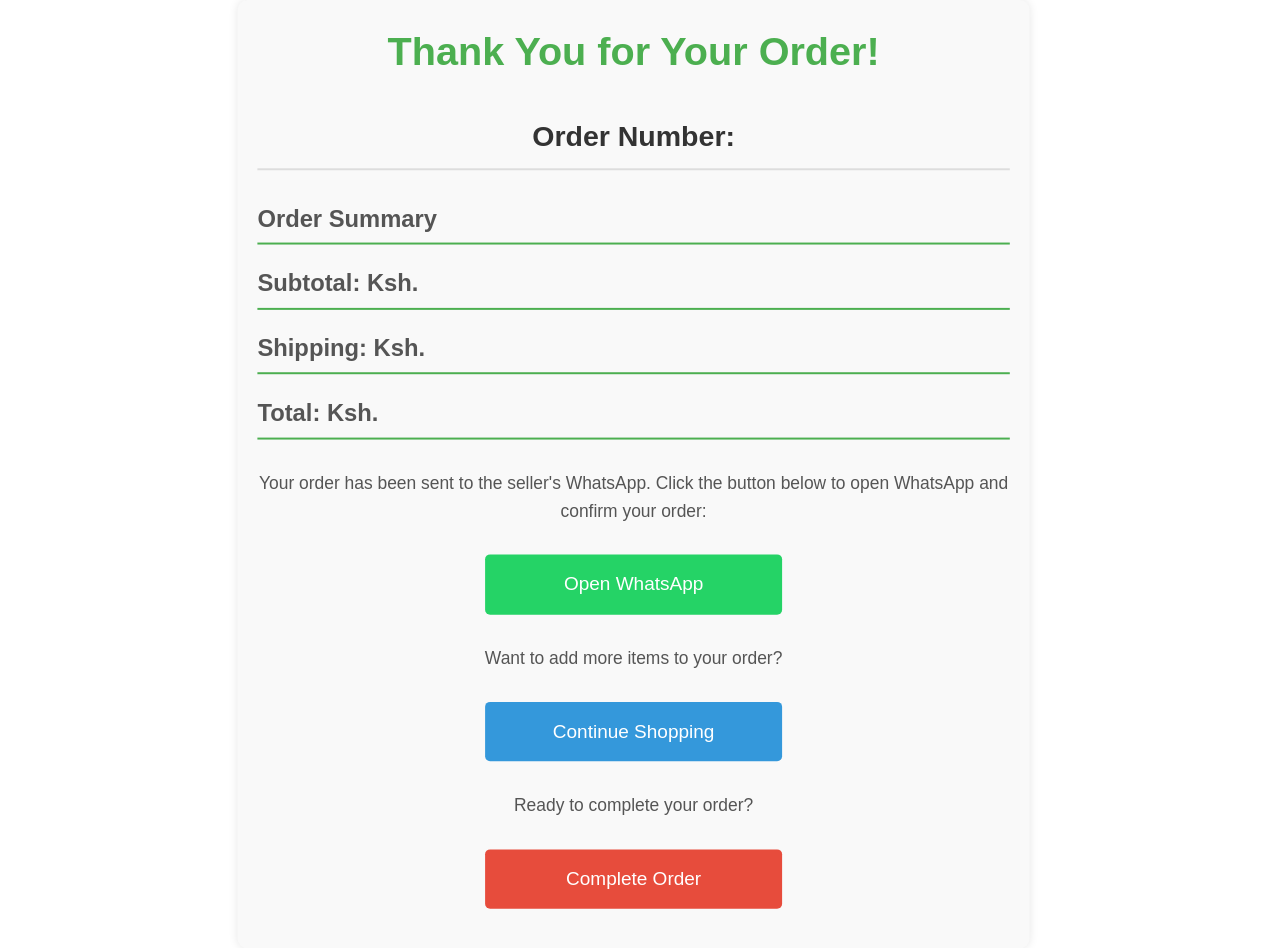
Repository: mrPractise/Elma-Shop
Page: templates/thankyou.html
The author's editor kept a copy of each file at every save. The page is drawn from the files as they stood at one save, then again after the next save.
The browser window is 1280 px wide. The pictures show the whole page, at 99% of full size.
Some web fonts or font styles are not loaded; a fallback is used. The page is served by the project's application, run on Django 5.2 (manage.py). Other server files are loaded and not shown. The template is opened directly, without the code that normally fills it, so the values that code supplies are empty.

Above is the page before, as saved 2024-09-28 12:31:14.

### Shop/templatetags/cart_tags.py
from django import template
from Shop.models import Cart, CartItem

register = template.Library()

@register.filter
def cart_item_count(session):
    cart_id = session.get('cart_id')
    if cart_id:
        return CartItem.objects.filter(cart_id=cart_id).count()
    return 0

### Shop/templatetags/category_tags.py


from django import template
from django.urls import reverse

register = template.Library()

@register.simple_tag
def category_url(category):
    url_names = {
        'beauty-products': 'beauty-products',
        'dresses': 'dresses',
        'jewelry': 'jewelry',
        'home-decor': 'home-decor'
    }
    url_name = url_names.get(category.slug, 'category_detail')
    return reverse(url_name, kwargs={'category_slug': category.slug})

### templates/thankyou.html
{% load static %}
{% load humanize %}

<link rel="stylesheet" href="{% static 'css/styles.css' %}">

<div class="thankyou-container">
    <h1>Thank You for Your Order!</h1>
    <h2>Order Number: {{ order.order_number }}</h2>

    <h3>Order Summary</h3>
    {% for item in order.items %}
        <div class="thankyou-order-item">
            <p>{{ item.product.name }}</p>
            <p>Quantity: {{ item.quantity }}</p>
            <p>Price: Ksh.{{ item.price|intcomma }}</p>
        </div>
    {% endfor %}

    <h3 class="thankyou-total">Subtotal: Ksh.{{ order.subtotal|intcomma }}</h3>
    <h3 class="thankyou-total">Shipping: Ksh.{{ order.shipping_cost|intcomma }}</h3>
    <h3 class="thankyou-total">Total: Ksh.{{ order.total_amount|intcomma }}</h3>

    <p class="thankyou-message">Your order has been sent to the seller's WhatsApp. Click the button below to open WhatsApp and confirm your order:</p>
    <a href="{{ whatsapp_url }}" class="thankyou-button thankyou-whatsapp-button">Open WhatsApp</a>

    <p class="thankyou-message">Want to add more items to your order?</p>
    <a href="{% url 'home' %}" class="thankyou-button thankyou-continue-shopping-button">Continue Shopping</a>

    <p class="thankyou-message">Ready to complete your order?</p>
    <a href="{% url 'complete_order' %}" class="thankyou-button thankyou-complete-order-button">Complete Order</a>
</div>

### Shop/cache_control.py
from django.utils.cache import patch_cache_control
from django.conf import settings

def cache_control_middleware(get_response):
    def middleware(request):
        response = get_response(request)
        if request.path.startswith(settings.MEDIA_URL) and request.path.lower().endswith(('.png', '.jpg', '.jpeg', '.gif')):
            patch_cache_control(response, max_age=3600*24*30)  # Cache for 30 days
        return response
    return middleware

### ElmaShop/urls.py
from django.contrib import admin
from django.urls import path, include
from django.conf.urls.static import static
from django.conf import settings

urlpatterns = [
    path('admin/', admin.site.urls),
    path('', include('Shop.urls'))
]

if settings.DEBUG:
    urlpatterns += static(settings.STATIC_URL, document_root=settings.STATIC_ROOT)
    urlpatterns += static(settings.MEDIA_URL, document_root=settings.MEDIA_ROOT)

### Shop/urls.py
from django.urls import path
from Shop import views


urlpatterns = [
    path('', views.home, name='home'),
    path('beauty/', views.beauty, name='Beauty-Products'),
    path('dress/', views.dress, name='Dresses'),
    path('jewelry/', views.jewelry, name='Jewelry'),
    path('homedecor/', views.homedecor, name='Homedecor'),
    path('checkout/', views.checkout, name='checkout'),
    path('products/<slug:category_slug>/', views.category_products, name='category_products'),
    path('cart/', views.cartpage, name='cartpage'),
    path('add-to-cart/<int:product_id>/', views.add_to_cart, name='add_to_cart'),
    path('remove-from-cart/<int:product_id>/', views.remove_from_cart, name='remove_from_cart'),
    path('update-cart/<int:product_id>/', views.update_cart, name='update_cart'),
    path('search/', views.search_products, name='search_products'),
    path('thank-you/', views.thank_you, name='thank_you'),
    path('complete-order/', views.complete_order, name='complete_order'),
]

Loaded but not shown: Shop/templatetags/custom_filters.py (common file); static/css/styles.css (1326 lines, source omitted)

After the next save:
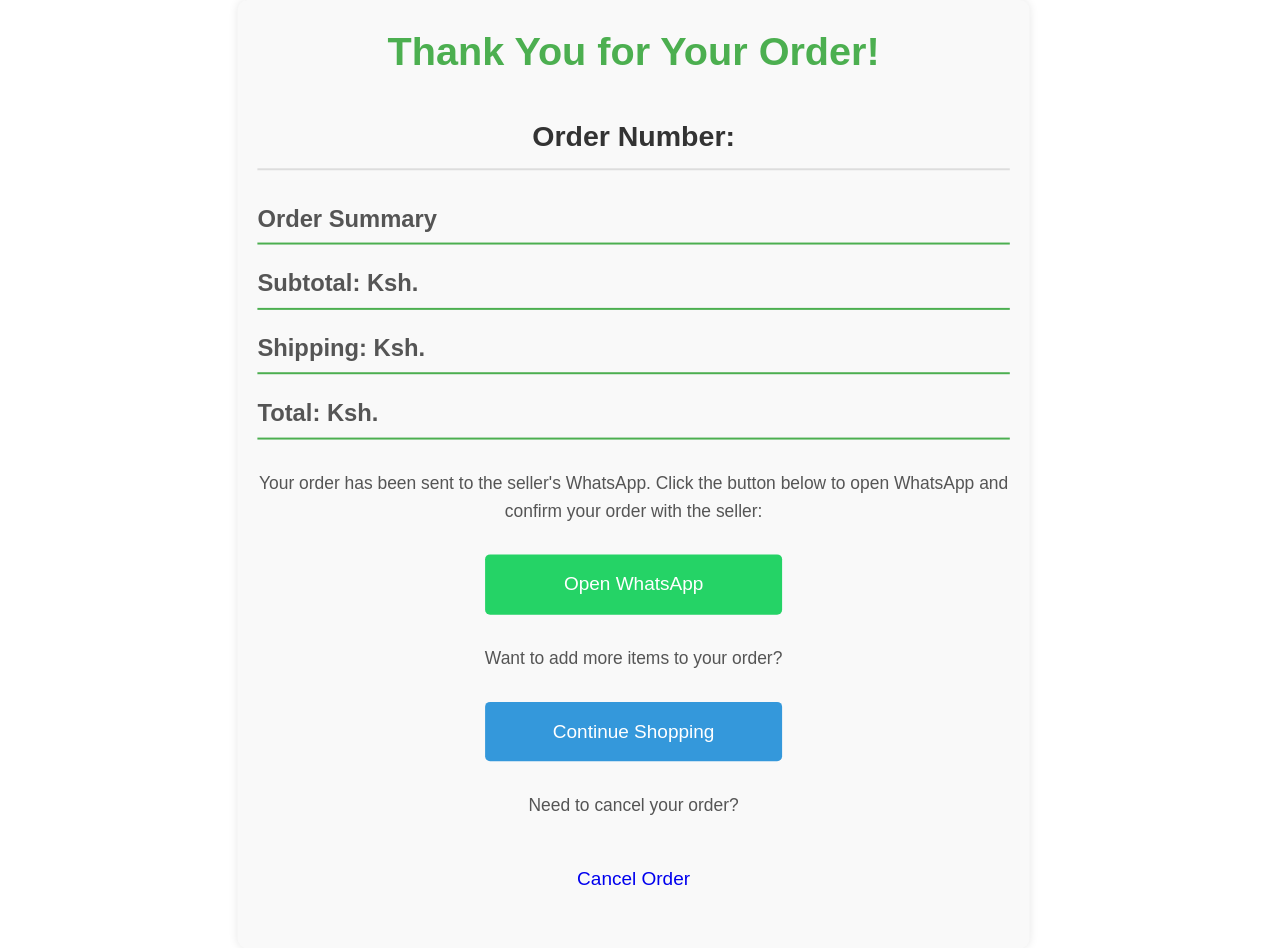
Saved 8 min 44 s later.
--- a/templates/thankyou.html
+++ b/templates/thankyou.html
@@ -20,12 +20,12 @@
     <h3 class="thankyou-total">Shipping: Ksh.{{ order.shipping_cost|intcomma }}</h3>
     <h3 class="thankyou-total">Total: Ksh.{{ order.total_amount|intcomma }}</h3>
 
-    <p class="thankyou-message">Your order has been sent to the seller's WhatsApp. Click the button below to open WhatsApp and confirm your order:</p>
+    <p class="thankyou-message">Your order has been sent to the seller's WhatsApp. Click the button below to open WhatsApp and confirm your order with the seller:</p>
     <a href="{{ whatsapp_url }}" class="thankyou-button thankyou-whatsapp-button">Open WhatsApp</a>
 
     <p class="thankyou-message">Want to add more items to your order?</p>
     <a href="{% url 'home' %}" class="thankyou-button thankyou-continue-shopping-button">Continue Shopping</a>
 
-    <p class="thankyou-message">Ready to complete your order?</p>
-    <a href="{% url 'complete_order' %}" class="thankyou-button thankyou-complete-order-button">Complete Order</a>
+    <p class="thankyou-message">Need to cancel your order?</p>
+    <a href="{% url 'cancel_order' %}" class="thankyou-button thankyou-cancel-order-button">Cancel Order</a>
 </div>
